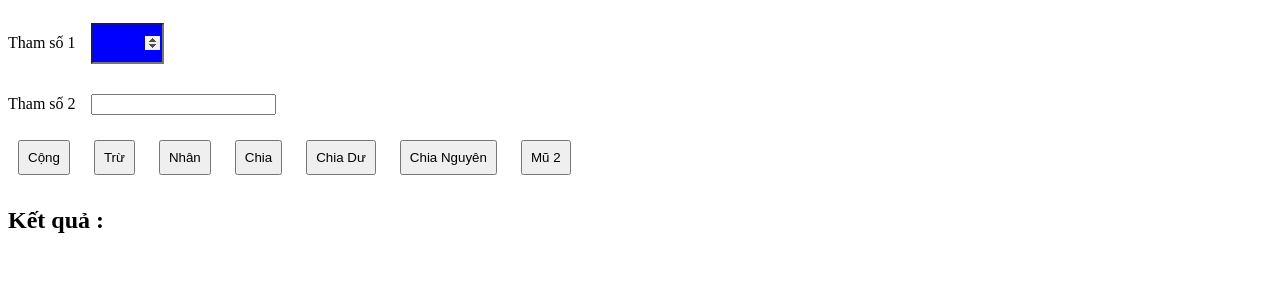
Repository: Toni3498/JsCourse
Page: number/calc.html
The author's editor kept a copy of each file at every save. The page is drawn from the files as they stood at one save, then again after the next save.
The browser window is 1280 px wide. The pictures show the whole page.
The pointer rests on the first visible `.input input`.

Above is the page before, as saved 2021-08-17 19:43:53.

After the next save:
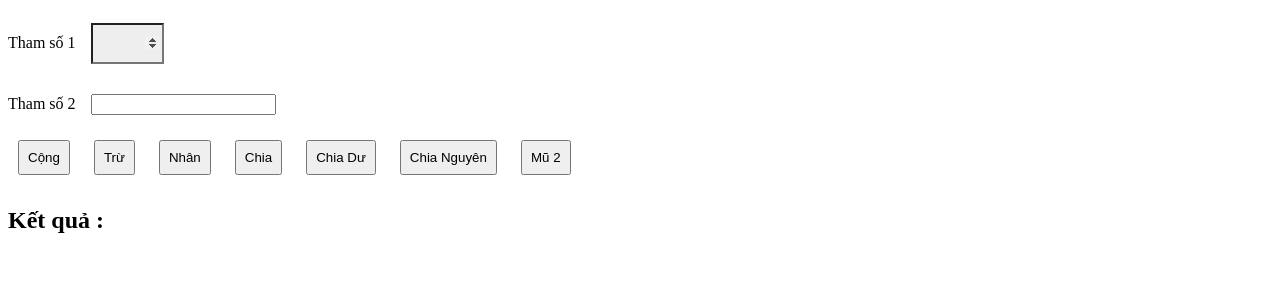
Saved 18 s later.
--- a/number/style.css
+++ b/number/style.css
@@ -6,7 +6,7 @@
   padding: 8px;
 }
 .input input:hover {
-  background-color: blue;
+  background-color: rgb(238, 238, 238);
   width: 65px;
   height: 35px;
 }
